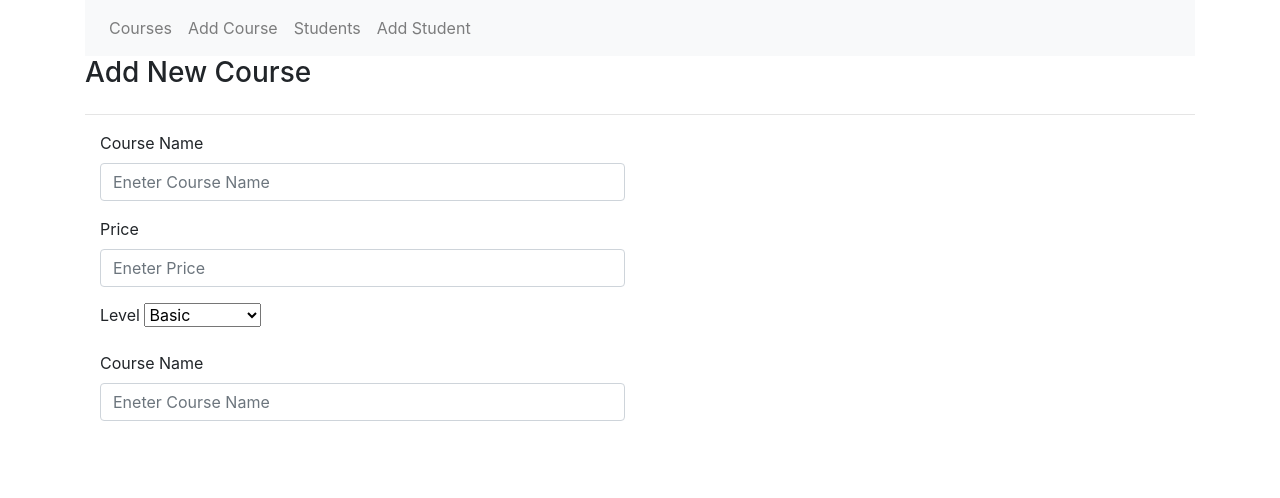
Repository: pyaephyotint22/Maven-Student-Course
Page: http://localhost/06-EL-JSTL/course-add.jsp
The author's editor kept a copy of each file at every save. The page is drawn from the files as they stood at one save, then again after the next save.
The browser window is 1280 px wide. The pictures show the whole page.
The page is served by Tomcat 9. Other server files are loaded and not shown.

Above is the page before, as saved 2020-12-20 09:35:46.

### 06-EL-JSTL/src/main/webapp/course-add.jsp
<%@ page language="java" contentType="text/html; charset=ISO-8859-1"
    pageEncoding="ISO-8859-1"%>
 <%@ taglib uri="http://java.sun.com/jsp/jstl/core" prefix="c" %>
<!DOCTYPE html>
<html>
<head>
<meta charset="ISO-8859-1">
<title>Add Course</title>
<link href="./common/css/bootstrap.min.css" rel="stylesheet" type="text/css"/>
</head>
<body>
	<div class="container">
		<jsp:include page="/common/menu.jsp"></jsp:include>
		<div class="row">
			<div class="col">
			<h3>Add New Course</h3>
			</div>
		</div>
		<div class="row">
			<div class="col">
				<hr/ >
				<form action="#" class="form col-6">
				<div class="form-group">
					<label>Course Name</label>
					<input type="text" name="coursename" requried="required" placeholder="Eneter Course Name" class="form-control">
				</div>
				<div class="form-group">
					<label>Price</label>
					<input type="text" name="price" requried="required" placeholder="Eneter Price" class="form-control">
				</div>
				<div class="form-group">
					<label for="level">Level</label>
					<select name="level" id="level">
						<option value="Basic">Basic</option>
						<option value="Intermediate">Intermediate</option>
						<option value="Advance">Advance</option>
					</select>
				</div>
				<div class="form-group">
					<label>Course Name</label>
					<input type="text" name="coursename" requried="required" placeholder="Eneter Course Name" class="form-control">
				</div>
				</form>
			</div>
		</div>

</div>
</body>
</html>

### 06-EL-JSTL/src/main/webapp/common/menu.jsp
<%@ page language="java" contentType="text/html; charset=ISO-8859-1"
    pageEncoding="ISO-8859-1"%>
 <%@ taglib uri="http://java.sun.com/jsp/jstl/core"  prefix="c"%>

  <c:url value="/common/css/bootstrap.min.css" var="bsCSS"></c:url>
  <c:url value="/common/js/bootstrap.min.js" var="bsJS"></c:url>
   <c:url value="/common/js/jquery.min.js" var="jqJS"></c:url>


<link href="${bsCSS }" rel="stylesheet" type="text/css"/>
<script type="text/javascript" src="${jqJS }"></script>
<script type="text/javascript" src="${bsJS }"></script>
<nav class="navbar navbar-expand-lg navbar-light bg-light">
			  <ul class="navbar-nav">

			  <li class="nav-item">
                <a class="nav-link" href="<%= pageContext.getServletContext().getContextPath() %>">Courses</a>
             </li>
		        <li class="nav-item">
		        <c:url value="/course-add.jsp" var="courseAdd"></c:url>
		          <a class="nav-link" href="${courseAdd}">Add Course</a>
		        </li>
		        <li class="nav-item">
		        <c:url value="/students.jsp" var="student"></c:url>
                <a class="nav-link" href="${student }">Students</a>
             </li>
		        <li class="nav-item">
		        <c:url value="/student-add.jsp" var="studentAdd"></c:url>
		          <a class="nav-link" href="${studentAdd}">Add Student</a>
		        </li>
			  </ul>
		</nav>

Loaded but not shown: 06-EL-JSTL/src/main/webapp/common/css/bootstrap.min.css (library); 06-EL-JSTL/src/main/webapp/common/js/jquery.min.js (library); 06-EL-JSTL/src/main/webapp/common/js/bootstrap.min.js (library)

After the next save:
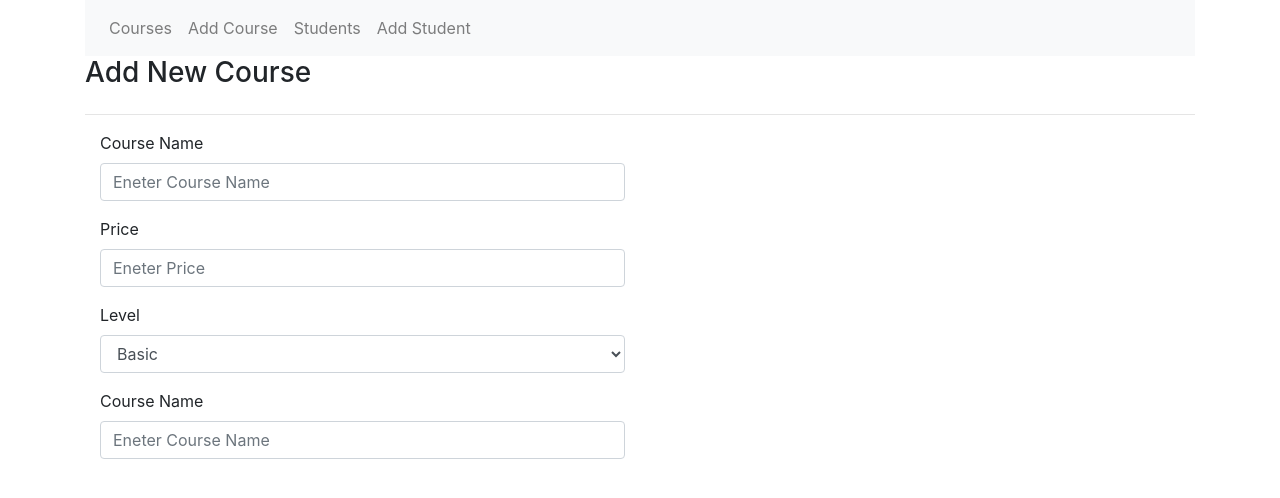
Saved 45 s later.
--- a/06-EL-JSTL/src/main/webapp/course-add.jsp
+++ b/06-EL-JSTL/src/main/webapp/course-add.jsp
@@ -30,7 +30,7 @@
 				</div>
 				<div class="form-group">
 					<label for="level">Level</label>
-					<select name="level" id="level">
+					<select name="level" id="level" class="form-control">
 						<option value="Basic">Basic</option>
 						<option value="Intermediate">Intermediate</option>
 						<option value="Advance">Advance</option>
